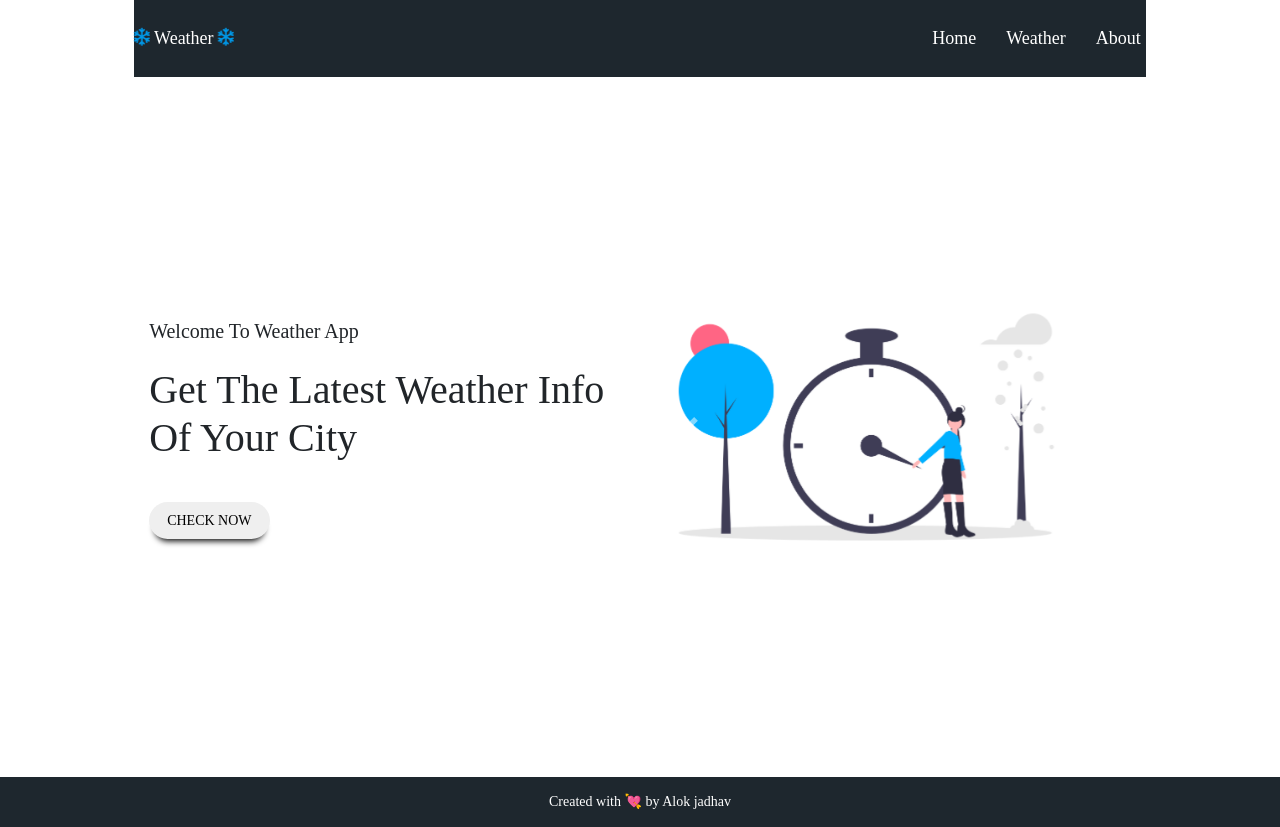
Repository: AalokJadhav/Weather_App
Page: http://localhost/
The author's editor kept a copy of each file at every save. The page is drawn from the files as they stood at one save, then again after the next save.
The browser window is 1280 px wide. The pictures show the whole page.
Some web fonts or font styles are not loaded; a fallback is used. Some web libraries are served in a nearby version. The page is served by the project's Node server (src/app.js).

Above is the page before, as saved 2020-11-15 12:28:37.

### public/index.html
<!DOCTYPE html>
<html lang="en">

<head>
    <meta charset="UTF-8">
    <meta name="viewport" content="width=device-width, initial-scale=1.0">
    <title>Weather App</title>
    <!-- Latest compiled and minified CSS -->
    <link rel="stylesheet" href="https://maxcdn.bootstrapcdn.com/bootstrap/4.5.2/css/bootstrap.min.css">
    <link rel="stylesheet" href="https://cdnjs.cloudflare.com/ajax/libs/font-awesome/5.10.0/css/all.min.css"
        integrity="sha512-PgQMlq+nqFLV4ylk1gwUOgm6CtIIXkKwaIHp/PAIWHzig/lKZSEGKEysh0TCVbHJXCLN7WetD8TFecIky75ZfQ=="
        crossorigin="anonymous" />
    <!-- jQuery library -->
    <script src="https://ajax.googleapis.com/ajax/libs/jquery/3.5.1/jquery.min.js"></script>

    <!-- Popper JS -->
    <script src="https://cdnjs.cloudflare.com/ajax/libs/popper.js/1.16.0/umd/popper.min.js"></script>

    <!-- Latest compiled JavaScript -->
    <script src="https://maxcdn.bootstrapcdn.com/bootstrap/4.5.2/js/bootstrap.min.js"></script>
    <link rel="stylesheet" href="css/style.css">
    <link rel="shortcut icon" href="images/logo.png" type="image/png">
</head>

<body>
    <div class="container-fluid main-menu">
        <div class="row">
            <div class="col-md-10 col-12 mx-auto">
                <nav class="navbar navbar-expand-lg">
                    <a class="navbar-brand" href="#"><i class="far fa-snowflake"></i> Weather <i
                            class="far fa-snowflake"></i></a>
                    <button class="navbar-toggler" type="button" data-toggle="collapse"
                        data-target="#navbarSupportedContent" aria-controls="navbarSupportedContent"
                        aria-expanded="false" aria-label="Toggle navigation">
                        <span class="navbar-toggler-icon"></span>
                    </button>

                    <div class="collapse navbar-collapse" id="navbarSupportedContent">
                        <ul class="navbar-nav ml-auto">
                            <li class="nav-item active">
                                <a class="nav-link" href="/">Home <span class="sr-only">(current)</span></a>
                            </li>
                            <li class="nav-item">
                                <a class="nav-link" href="/weather">Weather</a>
                            </li>
                            <li class="nav-item">
                                <a class="nav-link" href="/about">About</a>
                            </li>
                        </ul>
                    </div>
                </nav>
            </div>
        </div>
    </div>

    <!-- Main header -->
    <div class="container-fluid main_header">
        <div class="row">
            <div class="col-md-10 col-12 mx-auto">
                <div class="row">
                    <!-- Left Side Div -->
                    <div class="col-md-6 col-12 main_header_left">
                        <p> Welcome To Weather App</p>
                        <h1>Get the latest <span>Weather</span> info of your City</h1>
                        <a href="/weather"><button>Check Now</button></a>
                    </div>
                    <!-- right Side Div -->

                    <div class="col-md-6 col-12 main_header_right">
                        <div id="carouselExampleControls" class="carousel slide" data-ride="carousel">
                            <div class="carousel-inner">
                                <div class="carousel-item active">
                                    <img src="images/bg1.png" class="w-100" alt="...">
                                </div>
                                <div class="carousel-item">
                                    <img src="images/bg2.png" class="w-100" alt="...">
                                </div>
                                <div class="carousel-item">
                                    <img src="images/bg3.png" class="w-100" alt="...">
                                </div>
                            </div>
                            <a class="carousel-control-prev" href="#carouselExampleControls" role="button"
                                data-slide="prev">
                                <span class="carousel-control-prev-icon" aria-hidden="true"></span>
                                <span class="sr-only">Previous</span>
                            </a>
                            <a class="carousel-control-next" href="#carouselExampleControls" role="button"
                                data-slide="next">
                                <span class="carousel-control-next-icon" aria-hidden="true"></span>
                                <span class="sr-only">Next</span>
                            </a>
                        </div>
                    </div>
                </div>
            </div>
        </div>
    </div>

    <!-- // Footer Code -->
    <footer>
        <p> Created with 💘 by Alok jadhav</p>
    </footer>
</body>

</html>

### src/app.js
const express = require('express');
const path = require('path');
const app = express();
const port = process.env.PORT || 8000;

// Public Static Path
const static_path = (path.join(__dirname, '../public'));

app.use(express.static(static_path));

// Routing
app.get('/', (req, res) => {
    res.send('Welcome to Home..!');
});

app.get('/about', (req, res) => {
    res.send('Welcome to About Us Page..!');
});

app.get('/weather', (req, res) => {
    res.send('Welcome to Weather Page..!');
});

app.get('*', (req, res) => {
    res.send('opps...404 error page..!');
});



app.listen(port, () =>{
    console.log(`Listing to the port at ${port}`);
})

### public/css/style.css
@import url("https://fonts.googleapis.com/css2?family=Roboto:wght@300;400;900&display=swap");
@import url("https://fonts.googleapis.com/css2?family=Piazzolla:wght@200;300;400;900&display=swap");

* {
  margin: 0;
  padding: 0;
  box-sizing: border-box;
  /* font-family: "Roboto", sans-serif; */
  font-family: "Piazzolla", serif;
}

:root {
  --main-bg: #1e272e;
  --main-color: #0097e6;
}

html {
  height: 100%;
  font-size: 62.5%;
}

body {
  height: 100vh;
  display: flex;
  flex-direction: column;
}

.row {
  margin: 0;
}

/* navbar style */

.main_menu {
  background-color: var(--main-bg);
}

.navbar {
  color: #fff;
  background-color: var(--main-bg);
  padding: 2rem 0;
}

.navbar a {
  color: #fff;
  font-size: 1.8rem;
}

.navbar a:hover {
  color: var(--main-color);
}

.navbar li {
  margin-left: 2rem;
}

.navbar-toggler {
  background-color: #718093;
}

.fa-snowflake {
  transition: all linear;
  animation: rot 2s linear infinite;
  color: var(--main-color);
}

@keyframes rot {
  0% {
    transform: rotate(0deg);
  }
  100% {
    transform: rotate(360deg);
  }
}

/* main header part  */

.main_header_left {
  height: 70rem;
  /* background-color: red; */
  display: flex;
  flex-direction: column;
  justify-content: center;
  align-items: flex-start;
}

.main_header_left p {
  font-size: 2rem;
}

.main_header_left h1 {
  font-size: 4rem;
  margin: 1rem 0 4rem 0;
  text-transform: capitalize;
}

.txt_clr {
  color: var(--main-color);
}

.main_header_left button {
  border: none;
  padding: 0.8rem 1.8rem;
  font-size: 1.4rem;
  border-radius: 2rem;
  text-transform: uppercase;
  box-shadow: 0 8px 6px -6px black;
  outline: none;
  /* transition: all 0.2s linear; */
}

.main_header_left button:hover {
  box-shadow: 0 8px 6px -6px var(--main-color);
  /* border: 1px solid var(--main-color); */
}

.main_header_right {
  height: 70rem;
  /* background-color: red; */
  display: flex;
  flex-direction: column;
  justify-content: center;
  align-items: center;
}

.main_header_right figure img {
  filter: drop-shadow(0 0.5rem 1rem rgba(0, 0, 0, 0.3));
}

  /* weather page style */
/* temp input fields style code */

.temp_form {
    width: 60%;
    position: relative;
    margin: 5rem auto;
  }

  .temp_form input[type="text"] {
    width: 100%;
    padding: 2rem 5rem 2rem 2rem;
    background: #1e202b;
    color: white;
    outline: none;
    border: none;
    font-size: 1.7rem;
    border-radius: 3rem;
  }

  ::placeholder {
    color: #bfc1c8;
  }

  .temp_form input[type="submit"] {
    position: absolute;
    top: 5px;
    right: 5px;
    bottom: 5px;
    border: none;
    background: #009ad8;
    padding: 0 3rem;
    border-radius: 3rem;
    color: white;
    font-size: 1.6rem;
  }

  .temp_form input[type="submit"]:hover {
    color: #009ad8;
    background-color: #fff;
  }

  /* temp detials show here */

  .tempInformation {
    width: 40rem;
    margin: auto;
    min-height: 20rem;
    background-color: #323544;
    border-radius: 1rem;
    padding: 1rem;
    font-family: "Roboto", sans-serif;
  }

  .top_layer {
    width: 100%;
    height: 20%;
    background-color: #2d303d;
    display: flex;
    justify-content: space-between;
    align-items: center;
    border-radius: 1rem;
    padding: 2rem 0;
  }

  .top_layer p {
    color: #fff;
    font-weight: 300;
  }

  .main_layer {
    width: 100%;
    height: 80%;
    display: flex;
    flex-direction: column;
  }

  .main_layer #city_name {
    padding: 2rem 0;
    color: #bfc1c8;
    font-weight: 300;
    font-size: 2rem;
  }

  .main_layer .middle_layer {
    display: flex;
    justify-content: space-around;
    color: #fff;
  }

  .main_layer .middle_layer p,
  .main_layer .middle_layer .fa {
    font-size: 7rem;
    font-weight: 900;
  }

  .fa {
    color: #009ad8;
  }

  sup {
    font-size: 6rem;
    margin-top: -2rem;
  }

  .data_hide {
    visibility: hidden;
    transition: all 0.3s linear;
  }

  /* 404 error page */

  .main_header_left .errimg img {
    width: 60rem;
    height: 30rem;
  }

  /* footer style  */

  footer {
    width: 100%;
    /* height: 5rem; */
    background-color: var(--main-bg);
    margin-top: auto;
  }

  footer p {
    margin: 0;
    text-align: center;
    line-height: 5rem;
    color: #fff;
    font-size: 1.4rem;
  }

  /* responsive code  */

  @media (max-width: 768px) {
    .main_header_left {
      height: auto;
      margin: 5rem 0;
    }

    .main_header_right {
      height: auto;
      margin-top: 3rem;
    }

    .temp_form {
      width: auto;
    }
    .tempInformation {
      width: auto;
    }

    .main_layer .middle_layer p,
    .main_layer .middle_layer .fa {
      font-size: 5rem;
      font-weight: 900;
    }
  }

After the next save:
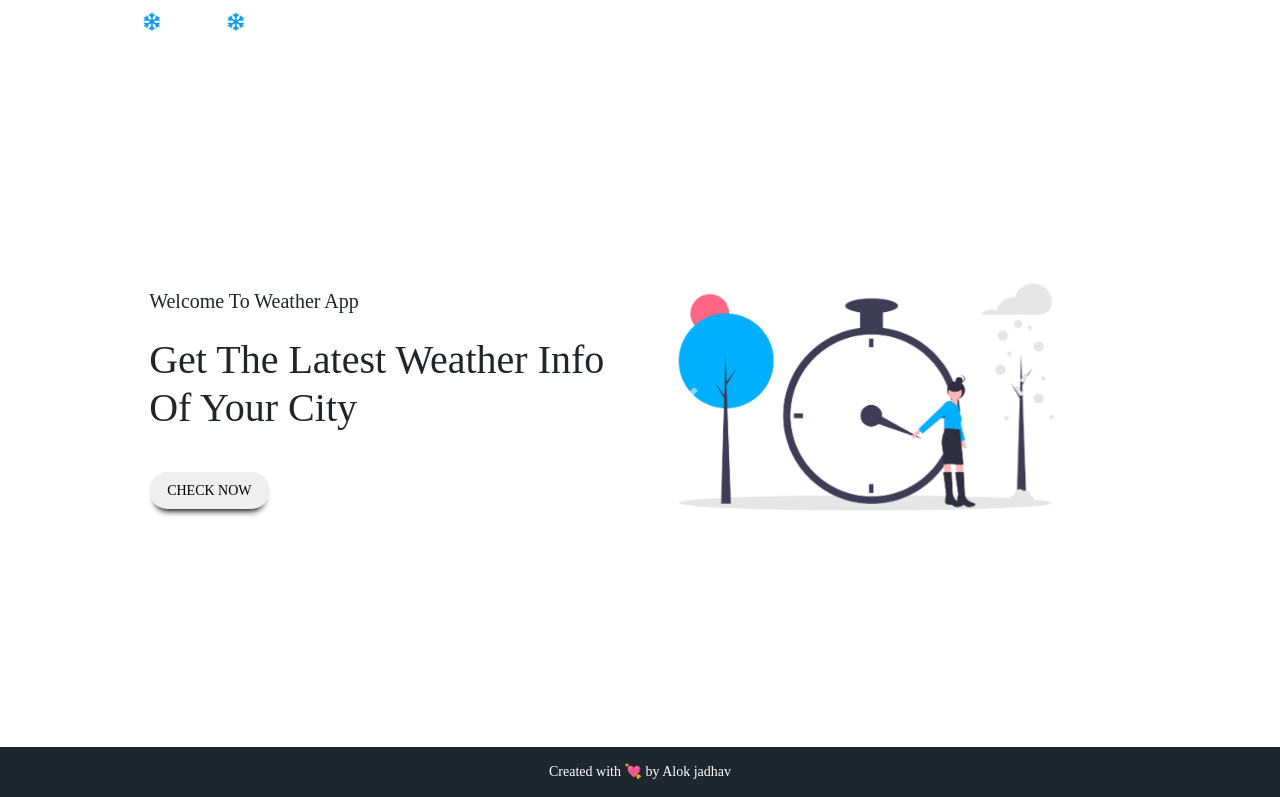
Saved 103 s later.
--- a/public/css/style.css
+++ b/public/css/style.css
@@ -35,11 +35,11 @@
   background-color: var(--main-bg);
 }
 
-.navbar {
+/* .navbar {
   color: #fff;
   background-color: var(--main-bg);
   padding: 2rem 0;
-}
+} */
 
 .navbar a {
   color: #fff;

After the save that followed:
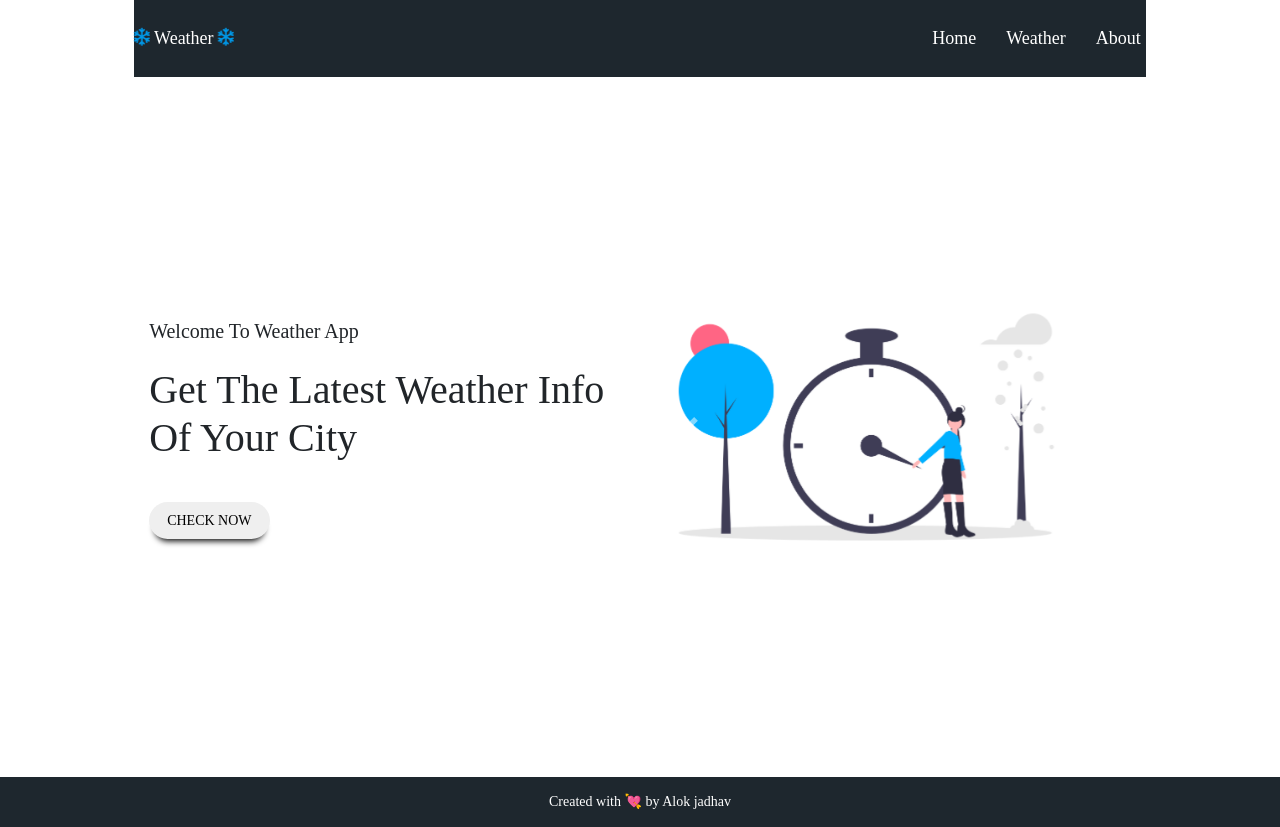
Saved 2 min 2 s later.
--- a/public/css/style.css
+++ b/public/css/style.css
@@ -35,11 +35,11 @@
   background-color: var(--main-bg);
 }
 
-/* .navbar {
+.navbar {
   color: #fff;
   background-color: var(--main-bg);
   padding: 2rem 0;
-} */
+}
 
 .navbar a {
   color: #fff;
